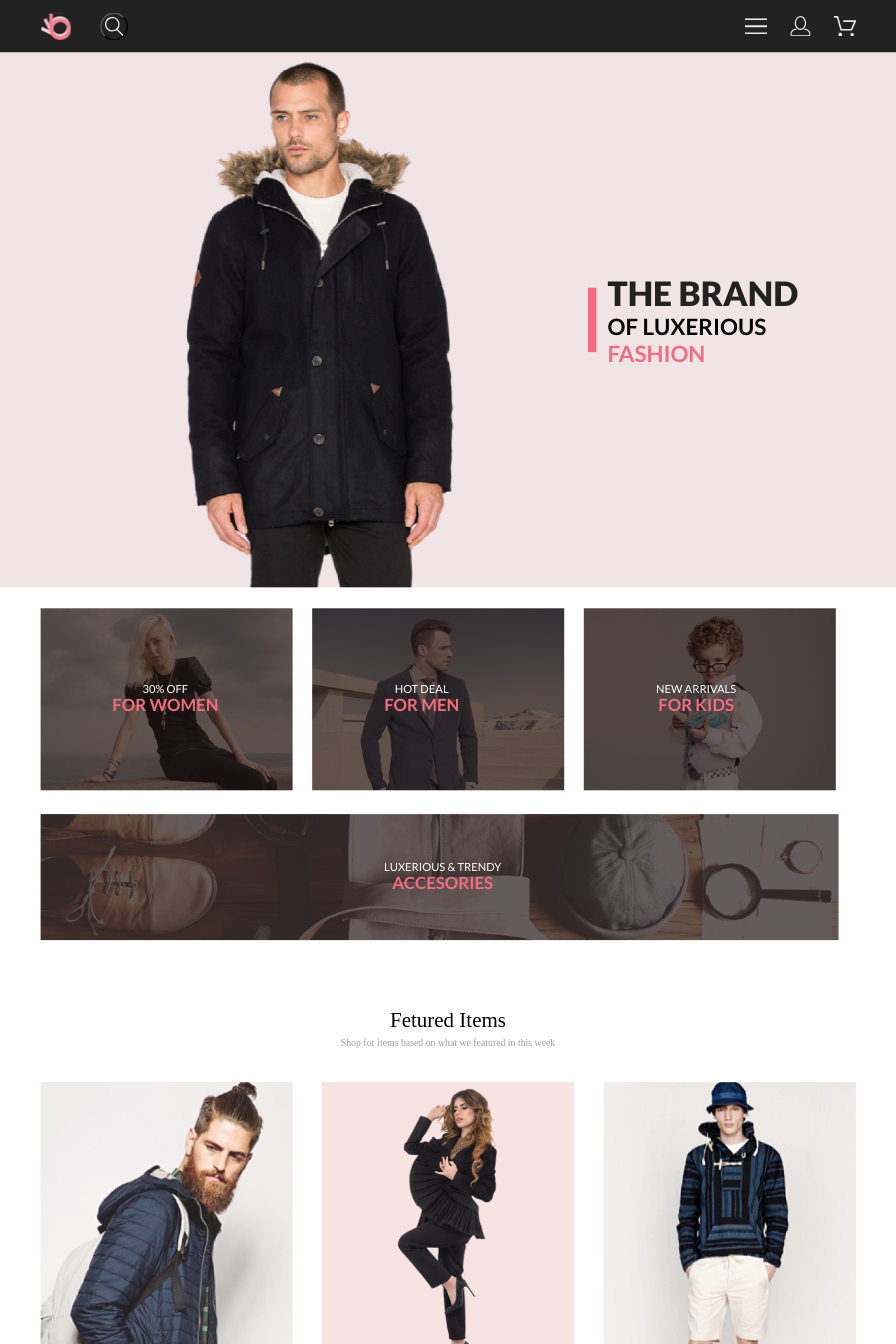
Repository: shtepaa/work-show-linkid
Page: les01/index.html
The author's editor kept a copy of each file at every save. The page is drawn from the files as they stood at one save, then again after the next save.
The browser window is 1280 px wide. The pictures show the part of the page from y = 0 to 1920 px (the page is 3886 px tall), at 70% of full size.

Above is the page before, as saved 2022-02-15 12:03:25.

### les01/index.html
<!DOCTYPE html>
<html lang="en">
  <head>
    <meta charset="UTF-8" />
    <meta http-equiv="X-UA-Compatible" content="IE=edge" />
    <meta name="viewport" content="width=device-width, initial-scale=1.0" />
    <title>Brand</title>
    <link rel="shortcut icon" href="img/favicon.ico" type="image/x-icon" />
    <link rel="stylesheet" href="style.css" />
    <link rel="preconnect" href="https://fonts.googleapis.com" />
    <link rel="preconnect" href="https://fonts.gstatic.com" crossorigin />
    <link
      href="https://fonts.googleapis.com/css2?family=Lato:wght@700;400;900&display=swap"
      rel="stylesheet"
    />
  </head>
  <body>


        <header>
          <div class="container">
            <nav>
              <div class="flex-left">
                <img src="img/logo.svg" alt="logo" />
                <form class="searchBox">
                  <input
                    class="searchInput"
                    type="text"
                    name=""
                    placeholder="Search"
                  />
                  <button class="searchButton" href="#">
                    <img id="path" src="img/search.svg" alt="logo" />
                  </button>
                </form>
              </div>
              <div class="flex-right">
                <div class="mega-box"><img class="contact-img" src="img/menu.svg" alt="logo" />
                <div class="mega-item">

<div class="menu-box"><h3 class="menu-box--style">Menu</h3></div>
<details><summary>Man</summary>
<a class="mega-link" href="#">Accessories</a>
<a class="mega-link" href="#">Bags</a>
<a class="mega-link" href="#">Denim</a>
<a class="mega-link" href="#">T-Shirts</a>
</details>
<details><summary>WOMAN</summary>
  <a class="mega-link" href="#">Accessories</a>
  <a class="mega-link" href="#">Jackets & Coats</a>
  <a class="mega-link" href="#">Polos</a>
  <a class="mega-link" href="#">T-Shirts</a>
  </details>
  <details><summary>KIDS</summary>
    <a class="mega-link" href="#">Accessories</a>
    <a class="mega-link" href="#">Bags</a>
    <a class="mega-link" href="#">Denim</a>
    <a class="mega-link" href="#">T-Shirts</a>
    </details>



                </div>


                </div>
                <img class="contact-img" src="img/contact.svg" alt="logo" />
                <img src="img/shop.svg" alt="logo" />
              </div>
            </nav>
          </div>
        </header>
        <!-- Второй блок -->
        <div class="header-section">

          <!-- <div class="container"> -->

            <div class="header-cover">
              <!-- <div class="header-image"> -->
              <img class="header-man"  src="img/man-new.png" alt="man" />
            <!-- </div> -->
            <div class="header-title">
              <div class="pink-line"></div>
              <div class="header-column">
                <h1>The brand</h1>
                <h2>of luxerious <span class="pink-word"> fashion</span></h2>
              </div>
            </div>
          </div>
          <!-- </div> -->


          </div>
        </div>
<!-- Третий блок -->
        <div class="container catalog-wrappet">
          <div class="catalog-block">
            <div class="catalog-project">
              <img
                class="catalog-image"
                src="img/catalog01.png"
                alt="catalog01"
              />
              <h2 class="catalog__text">
                30% off <span class="pink-word catalog-words"> for women</span>
              </h2>
            </div>
            <div class="catalog-project">
              <img
                class="catalog-image"
                src="img/catalog02.png"
                alt="catalog02"
              />
              <h2 class="catalog__text">
                hot deal <span class="pink-word catalog-words"> for men</span>
              </h2>
            </div>
            <div class="catalog-project">
              <img
                class="catalog-image"
                src="img/catalog03.png"
                alt="catalog03"
              />
              <h2 class="catalog__text">
                new arrivals
                <span class="pink-word catalog-words"> for kids</span>
              </h2>
            </div>
          </div>
          <div class="catalog-project parent">
            <img
              class="catalog-image"
              src="img/catalog04.png"
              alt="catalog04"
            />
            <h2 class="catalog__text down-parent">
              luxerious & trendy<span class="pink-word catalog-words">
                accesories</span
              >
            </h2>
          </div>
        </div>
        <!-- Четвертый блок -->
        <div class="container block-text">
          <h3 class="block-text--heading">Fetured Items</h3>
          <p class="block-text--section-text">
            Shop for items based on what we featured in this week
          </p>
        </div>
        <div class="container section-featured">
          <div class="featur_one">
            <a class="link-featur" href="#">
            <img class="featur-image"  src="img/feat01.png" alt="featur_one" /></a>
            <div class="featur-wrapper">
            <h3 class="featur-text">ELLERY X M'O CAPSULE</h3>
            <p class="featur-content">Known for her sculptural takes on traditional tailoring, Australian arbiter of cool Kym Ellery teams up with Moda Operandi.</p>
<span class="featur-price">$52.00</span></div>
          </div>
          <div class="featur_one">
            <a class="link-featur" href="#">
            <img src="img/feat02.png" alt="featur_one" /></a>
            <div class="featur-wrapper">
            <h3 class="featur-text">ELLERY X M'O CAPSULE</h3>
            <p class="featur-content">Known for her sculptural takes on traditional tailoring, Australian arbiter of cool Kym Ellery teams up with Moda Operandi.</p>
<span class="featur-price">$52.00</span></div>
          </div>
          <div class="featur_one">
            <a class="link-featur" href="#">
            <img src="img/feat03.png" alt="featur_one" /></a>
            <div class="featur-wrapper">
            <h3 class="featur-text">ELLERY X M'O CAPSULE</h3>
            <p class="featur-content">Known for her sculptural takes on traditional tailoring, Australian arbiter of cool Kym Ellery teams up with Moda Operandi.</p>
<span class="featur-price">$52.00</span></div>
          </div>
          <div class="featur_one">
            <a class="link-featur" href="#">
            <img src="img/feat04.png" alt="featur_one" /></a>
            <div class="featur-wrapper">
            <h3 class="featur-text">ELLERY X M'O CAPSULE</h3>
            <p class="featur-content">Known for her sculptural takes on traditional tailoring, Australian arbiter of cool Kym Ellery teams up with Moda Operandi.</p>
<span class="featur-price">$52.00</span></div>
          </div>
          <div class="featur_one">
            <a class="link-featur" href="#">
            <img src="img/feat05.png" alt="featur_one" /></a>
            <div class="featur-wrapper">
            <h3 class="featur-text">ELLERY X M'O CAPSULE</h3>
            <p class="featur-content">Known for her sculptural takes on traditional tailoring, Australian arbiter of cool Kym Ellery teams up with Moda Operandi.</p>
<span class="featur-price">$52.00</span></div>
          </div>
          <div class="featur_one">
            <a class="link-featur" href="#">
            <img src="img/feat06.png" alt="featur_one" /></a>
            <div class="featur-wrapper">
            <h3 class="featur-text">ELLERY X M'O CAPSULE</h3>
            <p class="featur-content">Known for her sculptural takes on traditional tailoring, Australian arbiter of cool Kym Ellery teams up with Moda Operandi.</p>
<span class="featur-price">$52.00</span></div>
          </div>

        </div>
        <div class="container browse-button">
          <a class="link-browse" href="#"> <h3 class="browse-button product-cart">Browse All Product</h3></a>

        </div>
<div class="section-icons">
  <div class="container wrapper-icons">
  <div class="first-icons">
    <img class="car-icons" src="img/car.svg" alt="car" />
    <h3 class="car-icons--text">Free Delivery</h3>
    <p class="car-icons--context">Worldwide delivery on all. Authorit tively morph next-generation innov tion with extensive models.</p>
  </div>
  <div class="first-icons">
    <img class="car-icons" src="img/discount.svg" alt="discount" />
    <h3 class="car-icons--text">Sales & discounts</h3>
    <p class="car-icons--context">Worldwide delivery on all. Authorit tively morph next-generation innov tion with extensive models.</p>
  </div>
  <div class="first-icons">
    <img class="car-icons" src="img/corona.svg" alt="corona" />
    <h3 class="car-icons--text">Quality assurance</h3>
    <p class="car-icons--context">Worldwide delivery on all. Authorit tively morph next-generation innov tion with extensive models.</p>
  </div>
</div>

</div>

<div class="quotes-section">
  <div class="container wrap-quotes">
  <div class="figure-box">
  <figure>
    <img class="figure-image" src="img/author.png" alt="author" />
    <figcaption>“Vestibulum quis porttitor dui! Quisque viverra nunc mi, a pulvinar purus condimentum“</figcaption>
  </figure></div>
  <div class="figure-box enter-mail">

    <h1 class="subscribe">SUBSCRIBE</h1>
    <h2 class="promotion">FOR OUR NEWLETTER AND PROMOTION</h2>
    <div class="subscribe-wrapper">

      <input type="email" name="email" class="subscribe-input" placeholder="Enter Your Email">
      <div class="submit-btn">SUBMIT</div>
    </div>


  </div>

</div>


      </div>
      <footer>
<div class="container footer-contant">
  <div class="copy-righ">
    <span class="copy-text">© 2021  Brand  All Rights Reserved.</span>
  </div>
  <div class="networks">
    <div class="insta instag-fig">

    </div>
    <div class="insta pint-fig"></div>
    <div class="insta last-fig"></div>
    <div class="insta "></div>
  </div>



</div>

      </footer>

  </body>
</html>

### les01/style.css
* {
  margin: 0;
  padding: 0;
}



header {
  background-color: #222;

  display: flex;
  height: 75px;
}
.header-section {
  background-color: #f1e4e6;
  /* display: flex; */
  height: 764px;
}
.container {
  margin: 0 auto;
  width: 1165px;
  display: flex;
}
.header-image {
  display: flex;
  /* background-repeat: no-repeat;
  -webkit-box-flex: 1;
  -ms-flex-positive: 1;
  flex-grow: 1; */

}
.header-man{
  /* display: flex; */
  /* display: block; */
  left: 0;
}
.header-title {
  /* width: 50%; */
  display: flex;
  flex-direction: row;
  align-items: center;
}
.header-column {
  display: flex;
  flex-direction: column;
  margin-left: 16px;
  text-transform: uppercase;
  font-family: "Lato", sans-serif;
}
h1 {
  font-weight: 900;
  font-size: 48px;
  line-height: 58px;
  color: #222;
}
h2 {
  font-weight: 700;
  font-size: 32px;
  line-height: 38px;
}
.pink-word {
  color: #f16d7f;
}
.pink-line {
  background-color: #f16d7f;
  height: 92px;
  width: 12px;
}
.header-cover {
  width: 100%;
  display: flex;
  flex-direction: row;
  justify-content: space-between;
  width: 1200px;
  margin: 0 auto;
}

nav {
  justify-content: space-between;
  flex-direction: row;
  /* position: relative; */
  align-items: center;
  display: flex;
  height: 75px;
  width: 100%;
}
.flex-left {
  align-items: center;
  flex-direction: row;
  display: flex;
}

.contact-img {
  margin-right: 33px;
}
/* Меню бокс */
.mega-item {
  position: absolute;
  background-color: #fff;

  /* display: none; */
  padding: 37px 100px 79px 50px;
  display: none;
  margin-top: 23px;
  padding-bottom: 53px;
  /* margin-left: 155px; */
}
.mega-box {
  padding: 34px 0 30px 0;

}
.mega-box:hover .mega-item{
  display: block;
}
summary {
  display: block;
}

  summary::-webkit-details-marker {
  display: none;
}

summary {
  display: block;
  font-weight: 400;
  font-size: 14px;
  line-height: 17px;
  text-transform: uppercase;
  color: #f16d7f;
  padding-top: 20px;
  padding-bottom: 12px;
  font-family: "Lato", sans-serif;
  cursor: pointer;
}

  summary::-webkit-details-marker {
  display: none;
}

summary::before {
  content: '';
  padding-right: 0.5em;
}

details[open] > summary::before {
  content: '';
}

.menu-box--style {
  font-weight: 700;
  font-size: 14px;
  line-height: 17px;
  text-transform: uppercase;
  padding-bottom: 4px;
  font-family: "Lato", sans-serif;
}
/* .pink-box {

} */
.mega-link {
  font-family: "Lato", sans-serif;
  display: block;
  text-decoration: none;
  font-size: 14px;
  line-height: 17px;
  color: #6f6e6e;
  font-weight: 400;
  padding: 12px 0px 11px 15px;
}
.mega-link:hover{
  color: #F16D7F;
}
.flex-right {
  display: flex;
  align-items: center;
  position: relative;
  /* padding-bottom: 23px; */
}
img {
  cursor: pointer;
}

/* search form*/
form {
  margin-left: 41px;
}

.searchBox:hover > .searchInput {
  padding: 0 6px;
  width: 240px;
}

.searchBox:hover > .searchButton {
  background: #222;
  color: #2f3640;
}

.searchButton {
  justify-content: center;
  align-items: center;
  background: #222;
  border-radius: 50%;
  color: white;
  float: right;
  width: 40px;
  height: 40px;
  display: flex;
  transition: 0.4s;
}

.searchInput {
  border: none;
  background: none;
  outline: none;
  float: left;
  padding: 0;
  color: white;
  font-size: 16px;
  transition: 0.4s;
  line-height: 40px;
  width: 0px;
}

@media screen and (max-width: 620px) {
  .searchBox:hover > .searchInput {
    width: 150px;
    padding: 0 6px;
  }
}

/* Третий блок */

.catalog-wrappet {
  display: flex;
  /* flex-direction: row; */
  flex-wrap: wrap;
  justify-content: space-between;
  max-width: 1165px;
  margin: 0 auto;
}
.catalog-project {
  margin-top: 30px;
  position: relative;
  flex-grow: 1;
}
/* .catalog-image:last-of-type {
  width: 100%;

} */
.catalog__text {
  position: absolute;
  display: block;
  z-index: 100;
  left: 103px;
  top: 105px;
  box-sizing: border-box;
  font-size: 16px;
  line-height: 19px;
  text-align: center;
  font-family: Lato;
  color: #fff;
  text-transform: uppercase;
  font-weight: 400;
  display: flex;
  flex-direction: column;
  /* left: 0; */
}
.catalog-words {
  font-size: 24px;
  line-height: 28px;
  text-align: center;
  font-family: "Lato", sans-serif;
  font-weight: 700;
}
.catalog-block {
  display: flex;
  justify-content: space-between;
  flex-direction: row;
  width: 100%;
}
.parent {
  display: flex;
  width: 100%;
  /* justify-content: space-between; */
}
.down-parent {
  left: 491px;
  top: 65px;
}
/* Четвертый блок */
.block-text {
  padding-top: 96px;
  display: flex;
  flex-direction: column;
  box-sizing: content-box;
  align-items: center;
}
.block-text--heading {
  font-weight: normal;
  font-size: 30px;
  line-height: 36px;
}
.block-text--section-text {
  padding-top: 6px;
  font-weight: normal;
  font-size: 14px;
  line-height: 17px;
  color: #9f9f9f;
}
/* Пятый блок */
.section-featured{
  max-width: 1165px;
  display: flex;
  flex-direction: row;
  flex-wrap: wrap;
  padding-top: 18px;
  justify-content: space-between;
}
.featur_one{
  display: flex;
  flex-direction: column;
  max-width: 360px;
  background-color: #F8F8F8;
  margin-top: 30px;
}
.featur-text{
  margin-top: 25px;
  font-size: 13px;
line-height: 16px;
font-family: "Lato", sans-serif;
font-weight: 400;
}
.featur-content{
  color: #5D5D5D;
  font-weight: 300;
font-size: 14px;
line-height: 17px;
font-family: "Lato", sans-serif;
padding-top: 12px;
}
.featur-price{
  color:  #F16D7F;
  font-size: 16px;
line-height: 19px;
font-weight: 400;
padding-top: 18px;
}
.featur-wrapper{
  padding-left: 18px;
  padding-bottom: 20px;
  display: flex;
  flex-direction: column;
}
.browse-button{
  /* align-items: center; */
  /* display: block; */
  max-width: 1165px;
  display: flex;
  justify-content: center;
  margin-top: 63px;

}
.link-browse{
  text-decoration: none;
}
.product-cart{
  color: #fff;
  border: 1px solid #FF6A6A;
  box-sizing: border-box;
  align-items: center;
  width: 211px;
  padding: 15px 38px;
  font-size: 16px;
line-height: 19px;
font-weight: 400;
background-color: #F16D7F;
}
/* конец кнопки */
.section-icons {
  background-color: #222224;
  display: flex;
  height: 341px;

  /* justify-content: space-between; */
  margin-top: 95px;
}
.first-icons{
  display: flex;
  flex-direction: column;
  max-width: 343px;
  justify-content: center;
  align-items: center;
  text-align: center;


}
.car-icons{
  width: 44px;
  height: 31px;
  padding-top: 103px;
  padding-bottom: 28px;
}
.wrapper-icons{
  max-width: 1165px;
  display: flex;
  flex-direction: row;
  justify-content: space-between;
}
.car-icons--context{
  padding-top: 16px;
  font-weight: 300;
font-size: 13.972px;
line-height: 17px;
color: #FBFBFB;
padding-bottom: 104px;
}
.car-icons--text{
  font-size: 19.96px;
line-height: 24px;
color: #FBFBFB;
font-weight: 400;
}
/* Квотес секция */
.quotes-section{
  background-image: url(img/photo-subscribe.png );
  height: 448px;
  background-repeat: no-repeat;
  background-size: 100%;

}
.wrap-quotes{
  display: flex;
  flex-direction: row;
  max-width: 1165px;
  justify-content: space-between;

}
.figure-box{
  display: flex;
  flex-direction: column;
  width: 343px;
  justify-content: center;
  /* align-items: center; */
  text-align: center;

}
.figure-image{
  width: 96px;
  height: 96px;
  padding-top: 97px;
}
figcaption{
  padding-top: 30px;
  font-size: 20px;
line-height: 24px;
font-weight: 400;
font-family: "Lato", sans-serif;
color: #222224;

}
.subscribe{
  font-family: "Lato", sans-serif;
  font-weight: 700;
  font-size: 24px;
  line-height: 37px;
  padding-top: 150px;
}
.promotion{
  font-family: "Lato", sans-serif;
  font-weight: 400;
  font-size: 18px;
  line-height: 30px;
}
.enter-mail{
  width: 557px;
}
.subscribe-wrapper{
  display: flex;
  justify-content: center;
  margin-top: 39px;

  border-radius: 10px;
  width: 356px;
  margin: 0 auto;
  padding-top: 32px;
}
.subscribe-input{
width: 256px;
border-radius: 30px;
  border-bottom-right-radius: 0;
  border-top-right-radius: 0;
  border-color: #E1E1E1;
  background-color: #E1E1E1;
}
.submit-btn{
  width: 100px;
  border-radius: 30px;
  border-bottom-left-radius: 0;
  border-top-left-radius: 0;
  background-color: #E05C6E;
  height: 49px;
  color: #fff;
  text-align: center;
  align-items: center;
  font-size: 14px;
line-height: 17px;
display: flex;
font-weight: 400;
padding: 10px;
}
::placeholder{
  padding-left: 22px;
  padding-top: 7px;
  padding-bottom: 6px;
  font-size: 14px;
line-height: 17px;
opacity: 0.67;
color: #222224;
}
footer{
  height: 79px;
  background-color: #222224;
  display: flex;
}
.footer-contant{
  display: flex;
  flex-direction: row;
  max-width: 1165px;
  align-items: center;
  justify-content: space-between;
}
.copy-text{
  padding-top: 30px;
  font-size: 16px;
line-height: 19px;
font-weight: 400;
color: #FBFBFB;
}
.networks{
  display: flex;
  flex-direction: row;


}
.insta{
  height: 32px;
  width: 31px;
  background-color: #fff;
  display: flex;

}
.last-fig{
  margin-right: 7px;
}
.pint-fig{
  margin-right: 7px;
}
.instag-fig{
  margin-right: 7px;
}
.insta:hover{
  background-color: #E05C6E;

}

### les01/img/search.svg
<svg width="27" height="28" viewBox="0 0 27 28" fill="#E8E8E8" xmlns="http://www.w3.org/2000/svg" id="path">
<path d="M19.0596 17.6259C20.6713 15.8658 21.6282 13.6048 21.7698 11.2225C21.9113 8.84018 21.2288 6.48173 19.8369 4.54318C18.445 2.60463 16.4285 1.20404 14.126 0.576619C11.8234 -0.0508009 9.3751 0.13316 7.19217 1.09761C5.00923 2.06205 3.22463 3.74825 2.13804 5.87302C1.05145 7.9978 0.729054 10.4318 1.225 12.7661C1.72094 15.1005 3.00501 17.1932 4.86158 18.6927C6.71814 20.1922 9.03413 21.0072 11.4206 21.0009C13.673 21.004 15.8645 20.27 17.6606 18.9109L25.4086 26.7179C25.4941 26.807 25.5965 26.8781 25.7099 26.927C25.8232 26.9759 25.9452 27.0017 26.0686 27.0029C26.1923 27.0033 26.3148 26.9782 26.4283 26.9292C26.5419 26.8801 26.6441 26.8082 26.7286 26.7179C26.9025 26.537 26.9997 26.2958 26.9997 26.0449C26.9997 25.794 26.9025 25.5528 26.7286 25.3719L19.0596 17.6259ZM2.88662 10.5009C2.89946 8.81563 3.41094 7.17187 4.35659 5.77685C5.30224 4.38183 6.63972 3.29801 8.20044 2.662C9.76115 2.02599 11.4752 1.86627 13.1266 2.20298C14.7779 2.53969 16.2926 3.35775 17.4797 4.55404C18.6668 5.75033 19.4732 7.27129 19.7972 8.92519C20.1212 10.5791 19.9483 12.2919 19.3002 13.8476C18.6522 15.4034 17.5581 16.7325 16.1559 17.6674C14.7536 18.6023 13.1059 19.1011 11.4206 19.1009C9.14916 19.0901 6.97482 18.1784 5.37484 16.566C3.77486 14.9537 2.87998 12.7724 2.88662 10.5009Z" fill="#E8E8E8"/>
</svg>

Loaded but not shown: les01/img/car.svg (3 lines, source omitted)

After the next save:
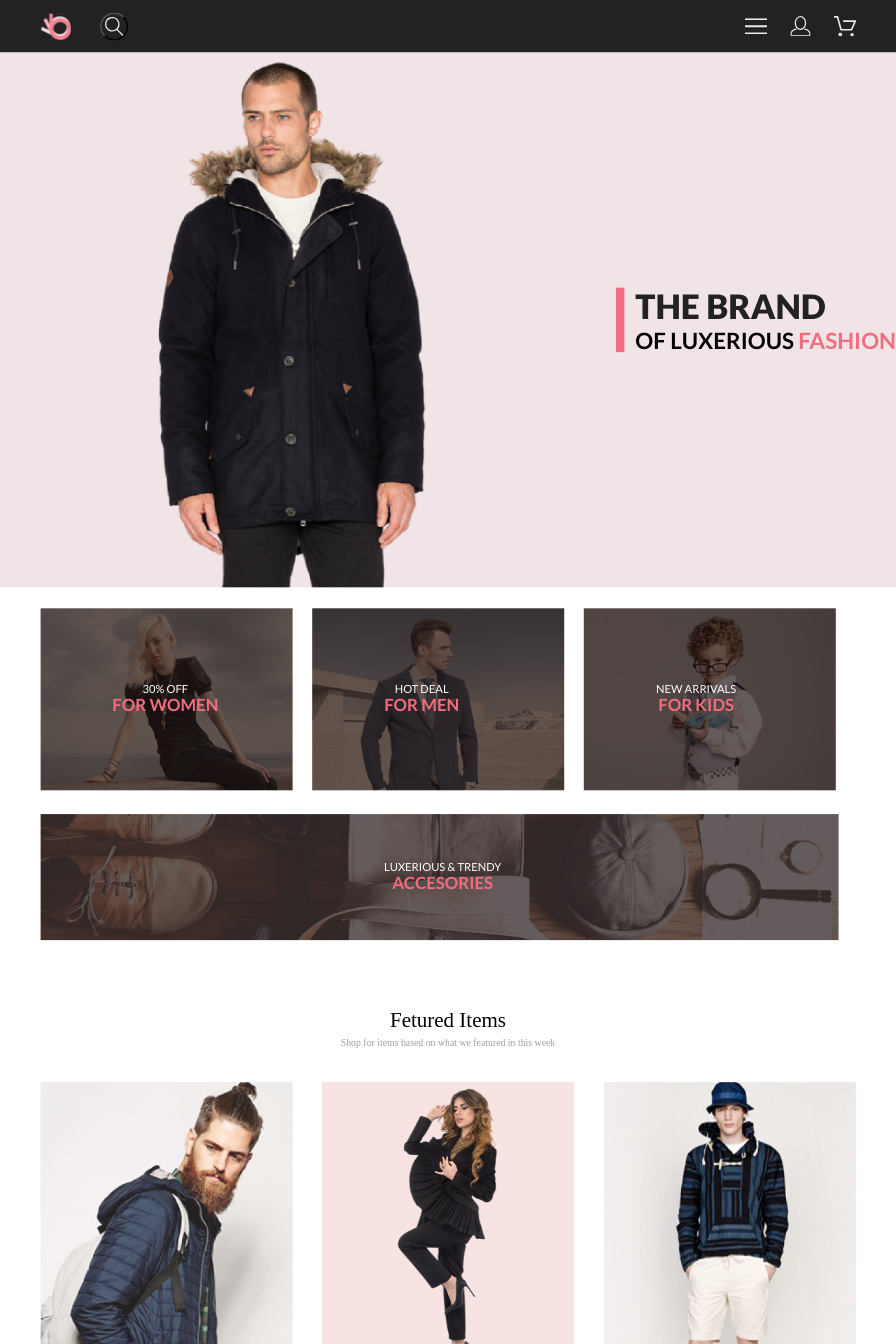
Saved 14 s later.
--- a/les01/style.css
+++ b/les01/style.css
@@ -71,7 +71,7 @@ h2 {
   display: flex;
   flex-direction: row;
   justify-content: space-between;
-  width: 1200px;
+  /* width: 1200px; */
   margin: 0 auto;
 }
 
